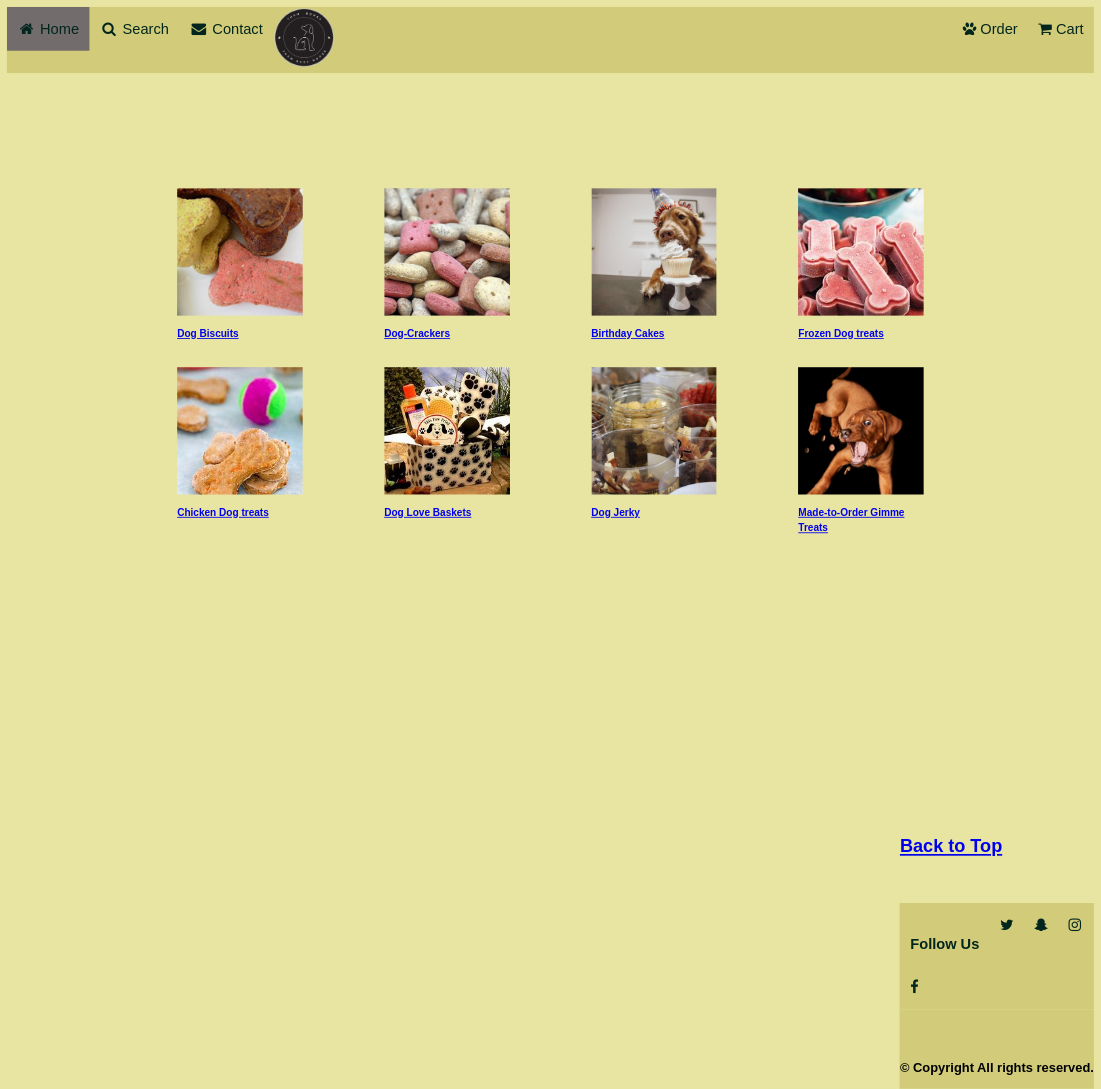
Repository: vgoins-RA2022/HTML-1
Page: index.html
The author's editor kept a copy of each file at every save. The page is drawn from the files as they stood at one save, then again after the next save.
The browser window is 1280 px wide. The pictures show the whole page, at 86% of full size.

Above is the page before, as saved 2023-01-21 19:09:08.

### index.html
<!DOCTYPE html>
<html lang="en">

<head>
  <meta charset="UTF-8">
  <meta name="viewport" content="width=device-width, initial-scale=1">
  <link rel="stylesheet" href="https://cdnjs.cloudflare.com/ajax/libs/font-awesome/4.7.0/css/font-awesome.min.css">
  <link rel="stylesheet" href="../HTML-1/src/css/Style.css" type="text/css">
  <title>Simple HTML Assignment 1</title>
</head>

<header>
    <!-- setup top navigator bar. position logo, home and contact navators on the left-->
    <div class="navbar" float: left>
      <img src="src/img/them-bones-logo.png" alt="them-bones-logo" class="logo" >
      <a class="active" href="#"><i class="fa fa-fw fa-home"></i> Home</a>
      <a href="#"><i class="fa fa-fw fa-search"></i> Search</a>
      <a href="#"><i class="fa fa-fw fa-envelope"></i> Contact</a>
      <!-- position order and cart navigators on the right -->
    <div class="right"><a href="#"><i class="fa fa-paw" aria-hidden="true"></i> Order</a>
    <div class="right"><a href="#"><i class="fa fa-shopping-cart" aria-hidden="true"></i> Cart</a>
    </div>
  </header>

<body>
  <div class="container">
     <!-- set of store gallery of self-contained items enclosed in the figure tags  -->
    <div class="gallery">

      <figure class="gallery__item gallery__item--1">
            <img src="src/img/animal-dog- biscuits.jpg" alt="animal-dog-biscuits" class="gallery__img" >
              <h3 class= image-text>
                <h3><a href="#">Dog Biscuits</a></h3>
              </h3>
        </figure>
        <figure class="gallery__item gallery__item--2">
            <img src="src/img/animal-dog- crackers.jpg" alt="animal-dog-crackers" class="gallery__img">
                <h3 class= image-text>
                  <h3><a href="#">Dog-Crackers</a></h3>
                </h3>

        </figure>
        <figure class="gallery__item gallery__item--3">
            <img src="src/img/dog-happy-birthday.jpg" alt="dog-happy-birthday" class="gallery__img">
              <h3 class= image-text></h3>
                <h3><a href="#">Birthday Cakes</a></h3>
               </h3>
        </figure>
        <figure class="gallery__item gallery__item--4">
            <img src="src/img/frozen-dog-treats.jpg" alt="frozen-dog-treats" class="gallery__img">
              <h3 class= image-text>
                 <h3><a href="#">Frozen Dog treats</a></h3>
              </h3>
        </figure>
        <figure class="gallery__item gallery__item--5">
            <img src="src/img/chicken-dog-treat.jpg" alt="chicken-dog-treats" class="gallery__img">
              <h3 class= image-text>
                <h3><a href="#">Chicken Dog treats</a></h3>
              </h3>
        </figure>
        <figure class="gallery__item gallery__item--6">
            <img src="src/img/doggy-love-basket.jpg" alt="doggy-love-basket" class="gallery__img">
            <h3 class= image-text>
            <h3><a href="#">Dog Love Baskets</a></h3>
            </h3>
        </figure>
        <figure class="gallery__item gallery__item--7">
            <img src="src/img/Dog-jerkey.png" alt="dog-jerky" class="gallery__img">
            <h3 class= image-text>
              <a href="#">Dog Jerky</a></h3>
            </h3>
        </figure>
        <figure class="gallery__item gallery__item--8">
          <img src="src/img/gimme-dog treats.jpg" alt="gimme-dog-treats" class="gallery__img">
          <h3 class= image-text>
            <a href="#">Made-to-Order Gimme Treats</a>
          </h3>
        </figure>

      </div>
  </div>

  <a href="#" class="button">
    <div class="right"><span class="label"><h3>Back to Top</h3></span>
  </a>
</body>

<footer>
  <!-- <div> id="footer"</div>  footer id attribute -->

  <!-- setup navigator bar in the footer of copywright and social media icons -->

    <div class="navbar" float: left>
    <!-- <div class="left"> -->

      <a href="#"><h4>Follow Us</h4><i class="fa fa-facebook"></i> </a>
      <a href="#"><i class="fa fa-twitter"></i> </a>
      <a href="#"><i class="fa fa-snapchat-ghost"></i> </a>
      <a href="#"><i class="fa fa-instagram"></i> </a>

    </div>
    <div class="navbar" float:right>
        <p class="copyright"> <h2>&copy; Copyright All rights reserved.</h2> </p>
    </div>

  </footer>
</html>

### src/css/Style.css

/* align navigation bar items */
.left-menu {
  grid-column: 1;
}
.right-menu {
  grid-column: -1;
}
/* format logo position, width and height */
.logo {
  grid-column: 3;
  grid-area: logo;
  place-self: center;
  width: 10vh;
  height: 10vh;
  justify-self: center;
  background-color:#d2cc7a;
}

/* style the navigation bar */
.navbar a {
float: left;
padding-top: 70px;
padding: 12px;
color: #02261d;
text-decoration: none;
font-size: 17px;
}
/* set the size of the images */
img {
  width: 400px;
  height: 80px;
}
/* change color of navigation item when cursor hovers */
.navbar a:hover {
background-color: #8e8c8c;
}
.active {
background-color: #736c6c;
}
.left {
  float: left;
}

.right {
  float: right;
 }

.navbar a {
    float: left;
    display: block;
}

.navbar {
    width: 100%;
    background-color: #d2cc7a;
    overflow: auto;
}

.logo img {
    display: inline-block;
    vertical-align: top;
    width: 50px;
    height: 50px;
    margin-right: 20px;
    margin-top: 15px;
}



html {
  box-sizing: border-box;
  font-size: 62.5%;
}

body {
  font-family: "Nunito", sans-serif;
  background-color: rgba(216, 212, 98, 0.585);
  font-weight: 300;
  line-height: 1.6;
}

.container {
  width: 75%;
  margin: 2rem auto;
}

.gallery {
  display: grid;
  grid-template-columns: repeat(8, 1fr);
  grid-template-rows: repeat(8, 5vw);
  grid-gap: 1.5rem;
  row-gap: 40px;
}

.gallery__img {
  width: 100%;
  height: 100%;
  object-fit: cover;
  display: block;
}

.image-txt {
  margin: 3%;
  position: absolute;
  top: 20px;
  left: 50px;
}
/* set length and position of store gallery items */
.gallery__item--1 {
  grid-column: 1 / span 2;
  grid-row: 2 / span 2;
}
.gallery__item--2 {
  grid-column: 3 / span 2;
  grid-row: 2 / span 2;
}
.gallery__item--3 {
  grid-column: 5 / span 2;
  grid-row: 2 / span 2;
}
.gallery__item--4 {
  grid-column: 7 / span 2;
  grid-row: 2 / span 2;
}
.gallery__item--5 {
  grid-column: 1 / span 2;
  grid-row: 4 / span 2;
}
.gallery__item--6 {
  grid-column: 3 / span 2;
  grid-row: 4 / span 2;
}
.gallery__item--7 {
  grid-column: 5 / span 2;
  grid-row: 4 / span 2;
}
.gallery__item--8 {
  grid-column: 7 / span 2;
  grid-row: 4 / span 2;
}
/* Style the button */
.button {
  outline: none;
  padding: 10px 16px;

  cursor: pointer;
  font-size: 18px;
}


.button:hover {
  background-color: #ddd;
}

.button.active {
  background-color: #666;
  color: white;
}

.footer {
  background: #061D25;
  padding: 10px 0;
}
.footer a {
  color: #70726F;
  font-size: 20px;
  padding: 10px;
  border-right: 1px solid #70726F;
  transition: all .5s ease;
}
.flex-container {
  display: flex;
  background: #d2cc7a;
}

.copyright{
  text-align: center;
  padding-top: 24px;
  font-weight: 500;
  opacity: 0.8;
  font-size: 16px;
}
@media (max-width: 767px) {

    .h6{
      margin: 0 auto;
      text-align: center;
      margin-top: 10px;
      margin-bottom: 10px;
    }
    .ul{
      text-align: center;
    }
    .social{
        width: 100%;
        margin: 0 auto;
        text-align: center;
        padding: 40px;
        padding-bottom: 0px;
        border-top: 1px solid #eee;
        margin-top: 50px;
    }

  }

After the next save:
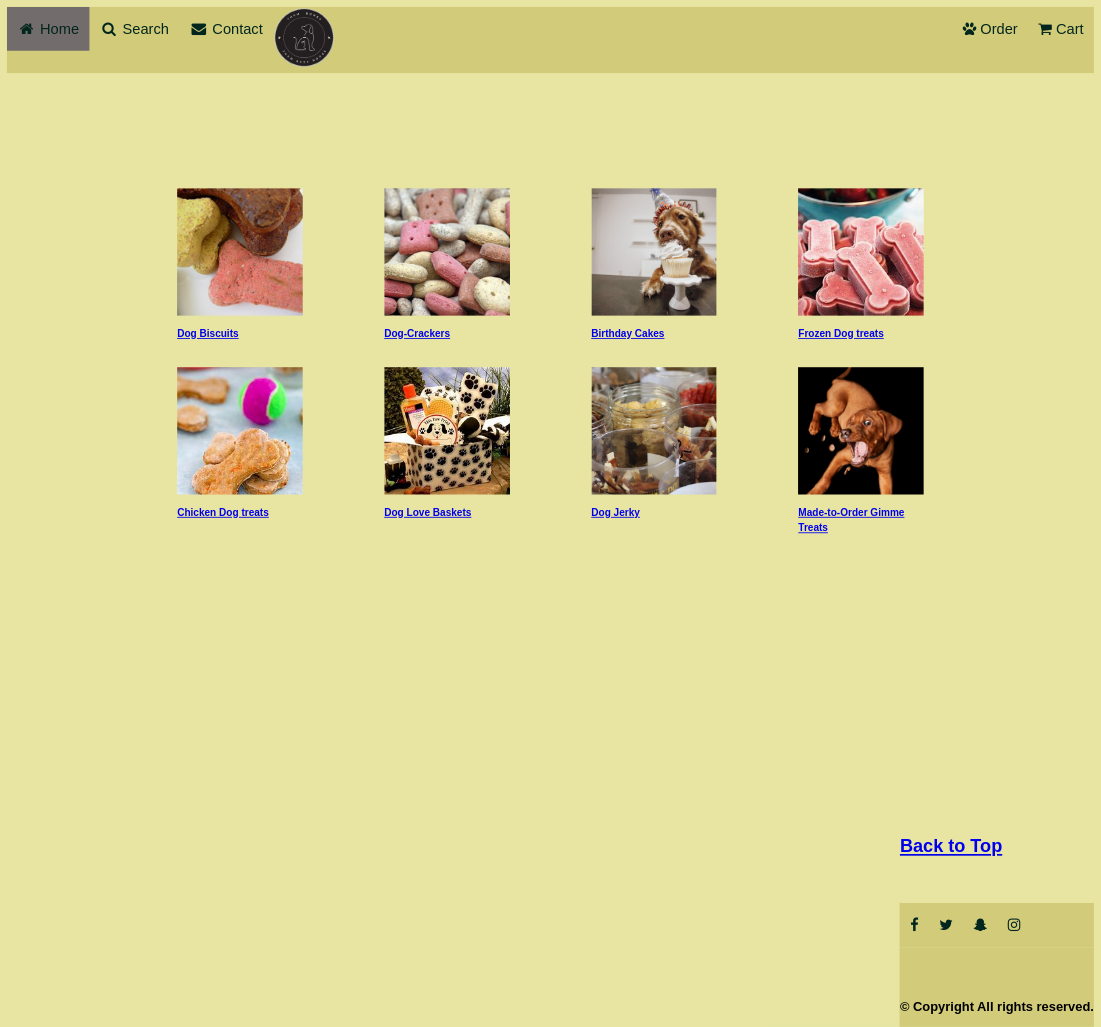
Saved 53 s later.
--- a/index.html
+++ b/index.html
@@ -93,7 +93,7 @@
     <div class="navbar" float: left>
     <!-- <div class="left"> -->
 
-      <a href="#"><h4>Follow Us</h4><i class="fa fa-facebook"></i> </a>
+      <a href="#"><i class="fa fa-facebook"></i> </a>
       <a href="#"><i class="fa fa-twitter"></i> </a>
       <a href="#"><i class="fa fa-snapchat-ghost"></i> </a>
       <a href="#"><i class="fa fa-instagram"></i> </a>
